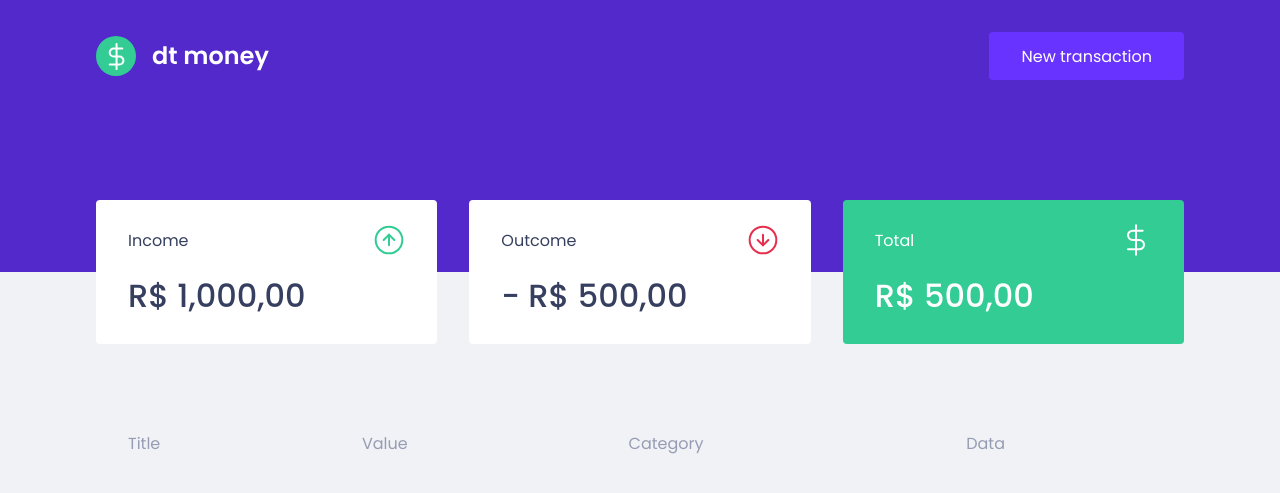
Repository: JoseGu1llardi/dtmoney
Page: /
These files come from the project's save history. The page is drawn as it stood at one moment and after the next save; the edit follows.
The browser window is 1280 px wide. The pictures show the whole page.
The page's requests for data from a server got no answer. The project was rebuilt for these pictures with package versions that can differ from the ones it lists, and the page was loaded fresh each time. No one was signed in, and anything a server would have sent is missing.

Above is the page before, as saved 2023-01-08 19:30:30.

### public/index.html
<!DOCTYPE html>
<html lang="en">
  <head>
    <link rel="preconnect" href="https://fonts.googleapis.com" />
    <link rel="preconnect" href="https://fonts.gstatic.com" crossorigin />

    <meta charset="utf-8" />
    <meta name="viewport" content="width=device-width, initial-scale=1" />

    <link
      href="https://fonts.googleapis.com/css2?family=Poppins:wght@400;500;600&display=swap"
      rel="stylesheet"
    />

    <link rel="shortcut icon" href="favicon.png" type="image/png" />

    <title>Guillardi Money</title>
  </head>
  <body>
    <noscript>You need to enable JavaScript to run this app.</noscript>
    <div id="root"></div>
  </body>
</html>

### src/index.tsx
import { StrictMode } from 'react';

import { createRoot } from 'react-dom/client';

import { Model, createServer } from 'miragejs';

import { App } from './App';

createServer({
  models: {
    transaction: Model,
  },

  seeds(server) {
    server.db.loadData({
      transactions: [
        {
          id: 1,
          title: "Application development",
          type: "deposit",
          category: "Development",
          amount: 10000,
          createdAt: new Date('2022-12-15 14:00:00'),
        },
        {
          id: 2,
          title: "House rent",
          type: "withdraw",
          category: "Housing/Survival",
          amount: 1500,
          createdAt: new Date('2022-12-05 09:00:00'),
        }
      ]
    })
  },

  routes() {
    this.namespace = 'api';

    this.get('/transactions', () => {
      return this.schema.all('transaction')
    });

    this.post('/transactions', (schema, request) => {
      const data = JSON.parse(request.requestBody);

      return schema.create('transaction', data);
    })
  }
});

const root = createRoot(
  document.getElementById('root') as HTMLElement
);
root.render(
  <StrictMode>
    <App />
  </StrictMode>
);

### src/App.tsx
import { useState } from 'react';

import { Header } from "./components/Header";
import { Dashboard } from "./components/Dashboard";
import { NewTransactionModal } from './components/NewTransactionModal';

import { GlobalStyle } from "./styles/global";

import { TransactionsProvider } from './contexts/TransactionsContext';

export function App() {
  const [isNewTransactionModalOpen, setIsNewTransactionModalOpen] = useState(false);

  function handleOpenNewTransactionModal() {
    setIsNewTransactionModalOpen(true);
  }

  function handleCloseNewTransactionModal() {
    setIsNewTransactionModalOpen(false);
  }

  return (
    <TransactionsProvider>
      <Header onOpenNewTransactionModal={handleOpenNewTransactionModal} />

      <Dashboard />

      <NewTransactionModal
        isOpen={isNewTransactionModalOpen}
        onRequestClose={handleCloseNewTransactionModal}
      />

      <GlobalStyle />
    </TransactionsProvider>
  );
}

### src/components/Header/index.tsx
import logoImg from '../../assets/logo.svg';

import { Container, Content } from './styles';

interface HeaderProps {
    onOpenNewTransactionModal: () => void;
}

export function Header({ onOpenNewTransactionModal }: HeaderProps) {

    return (
        <Container>
            <Content>
                <img src={logoImg} alt="Logo Guillardi Money" />
                <button onClick={onOpenNewTransactionModal}>
                    New transaction
                </button>

            </Content>
        </Container>
    )
}

### src/components/Dashboard/index.tsx
import { Summary } from "../Summary";
import { TransactionTable } from "../TransactionsTable";

import { Container } from "./styles";


export function Dashboard() {
    return (
        <Container>
            <Summary />
            <TransactionTable />
        </Container>
    )
}

### src/components/NewTransactionModal/index.tsx
import { useState, FormEvent, useContext } from 'react';

import { TransactionsContext } from '../../contexts/TransactionsContext';

import Modal from 'react-modal';

import incomeImg from '../../assets/income.svg';
import outcomeImg from '../../assets/outcome.svg';
import closeImg from '../../assets/close.svg';

import { Container, TransactionTypeContainer, RadioBox } from './styles';

Modal.setAppElement('#root');

interface NewTransactionModalProps {
    isOpen: boolean;
    onRequestClose: () => void;
}

export function NewTransactionModal({ isOpen, onRequestClose }: NewTransactionModalProps) {
    const { createTransaction } = useContext(TransactionsContext);

    const [title, setTitle] = useState('');
    const [amount, setAmount] = useState(0);
    const [category, setCategory] = useState('');
    const [type, setType] = useState('deposit');

    async function handleCreateNewTransaction(e: FormEvent) {
        e.preventDefault();

        await createTransaction({
            title,
            amount,
            type,
            category
        });

        setTitle('');
        setAmount(0);
        setType('deposit');
        setCategory('');

        onRequestClose();
    }

    return (
        <Modal
            isOpen={isOpen}
            onRequestClose={onRequestClose}
            overlayClassName='react-modal-overlay'
            className='react-modal-content'
        >
            <button
                type='button'
                className='react-modal-close'
                onClick={onRequestClose}
            >
                <img src={closeImg} alt="Logo close modal" />
            </button>

            <Container onSubmit={handleCreateNewTransaction}>
                <h2>Register transaction</h2>

                <input
                    type='text'
                    placeholder='Title'
                    value={title}
                    onChange={e => setTitle(e.target.value)}
                />

                <input
                    placeholder='Value'
                    value={amount}
                    onChange={e => setAmount(Number(e.target.value))}
                />

                <TransactionTypeContainer>
                    <RadioBox
                        type='button'
                        onClick={() => setType('deposit')}
                        isActive={type === 'deposit'}
                        activeColor='green'
                    >
                        <img src={incomeImg} alt="Entry" />
                        <span>Input</span>
                    </RadioBox>

                    <RadioBox
                        type='button'
                        onClick={() => setType('withdraw')}
                        isActive={type === 'withdraw'}
                        activeColor='red'
                    >
                        <img src={outcomeImg} alt="Entry" />
                        <span>Output</span>
                    </RadioBox>
                </TransactionTypeContainer>

                <input
                    type="text"
                    placeholder='Category'
                    value={category}
                    onChange={e => setCategory(e.target.value)}
                />

                <button type='submit'>
                    Register
                </button>
            </Container>
        </Modal>
    )
}

### src/styles/global.ts
import { createGlobalStyle } from "styled-components";

export const GlobalStyle = createGlobalStyle`
    :root {
        --background: #F0F2F5;
        --red: #e52e4d;
        --blue: #5429cc;
        --green: #33cc95;
        --white: #FFFFFF;

        --blue-light: #6933ff;

        --text-title: #363f5f;
        --text-body: #969cb3;

        --background: #f0f2f5;
        --shape: #ffffff;
    }

    * {
        margin: 0;
        padding: 0;
        box-sizing: border-box;
    }

    html {
        @media (max-width: 1080px) {
            font-size: 93.75%;

        @media (max-width: 720px) {
            font-size: 87.5%;
        }
    }

    }

    body {
        background: var(--background);
        -webkit-font-smoothing: antialiased;
    }

    body, input, textarea, button {
        font-family: 'Poppins', sans-serif;
        font-weight: 400;
    }

    h1, h2, h3, h4, h5, h6, strong {
        font-weight: 600;
    }

    button {
        cursor: pointer;
    }

    [disabled] {
        opacity: 0.6;
        cursor: not-allowed;
    }

    .react-modal-overlay {
        background: rgba(0, 0, 0, .5);

        position: fixed;
        top: 0;
        bottom: 0;
        left: 0;
        right: 0;

        display: flex;
        align-items: center;
        justify-content: center;
    }

    .react-modal-content {
        width: 100%;
        max-width: 576px;
        background: var(--background);
        padding: 3rem;
        position: relative;
        border-radius: .25rem;
    }

    .react-modal-close {
        position: absolute;
        right: 1.5rem;
        top: 1.5rem;
        border: 0;
        background: transparent;

        transition: filter .2s;

        &:hover {
            filter: brightness(.7);
        }
    }
`;

### src/contexts/TransactionsContext.tsx
import { createContext, useState, useEffect, ReactNode } from "react";

import { api } from '../services/api';

interface Transaction {
    id: number;
    title: string;
    amount: number;
    type: string;
    category: string;
    createdAt: string;
}

interface TransactionsContextData {
    transactions: Transaction[];
    createTransaction: (transaction: TransactionInput) => Promise<void>;
}

export const TransactionsContext = createContext<TransactionsContextData>({} as TransactionsContextData);

type TransactionInput = Omit<Transaction, 'id' | 'createdAt'>;

interface TransactionProviderPros {
    children: ReactNode;
}

export function TransactionsProvider({ children }: TransactionProviderPros) {
    const [transactions, setTransactions] = useState<Transaction[]>([]);

    useEffect(() => {
        api.get('transactions')
            .then(res => setTransactions(res.data.transactions));
    }, [transactions]);

    async function createTransaction(transactionInput: TransactionInput) {
        const response = await api.post('/transactions', {
            ...transactionInput,
            createdAt: new Date(),
        });

        const { transaction } = response.data;

        setTransactions([...transactions, transaction]);
    }

    return (
        <TransactionsContext.Provider value={{ transactions, createTransaction }}>
            {children}
        </TransactionsContext.Provider>
    )
}

### src/components/Header/styles.ts
import styled from "styled-components";

export const Container = styled.header`
  background: var(--blue);
`;

export const Content = styled.div`
  max-width: 1120px;
  margin: 0 auto;

  padding: 2rem 1rem 12rem;
  display: flex;
  align-items: center;
  justify-content: space-between;

  button {
    font-size: 1rem;
    color: white;
    background: var(--blue-light);
    border: 0;
    padding: 0 2rem;
    border-radius: 0.25rem;
    height: 3rem;

    transition: filter 0.2s;

    &:hover {
      filter: brightness(0.9);
    }
  }
`;

### src/components/Summary/index.tsx
import { useContext } from 'react';

import { TransactionsContext } from '../../contexts/TransactionsContext';

import { Container } from './styles';

import incomeImg from '../../assets/income.svg';
import outcomeImg from '../../assets/outcome.svg';
import totalImg from '../../assets/total.svg';

export function Summary() {
    const { transactions } = useContext(TransactionsContext);

    const totalDeposits = transactions.reduce((acc, transaction) => {
        if (transaction.type === 'deposit') {
            return acc + transaction.amount;
        }

        return acc;
    }, 0);

    return (
        <Container>
            <div>
                <header>
                    <p>Income</p>
                    <img src={incomeImg} alt="Logo income" />
                </header>
                <strong>R$ 1,000,00</strong>
            </div>

            <div>
                <header>
                    <p>Outcome</p>
                    <img src={outcomeImg} alt="Logo outcome" />
                </header>
                <strong>- R$ 500,00</strong>
            </div>

            <div className="highlight-background">
                <header>
                    <p>Total</p>
                    <img src={totalImg} alt="Logo total" />
                </header>
                <strong>R$ 500,00</strong>
            </div>
        </Container>
    )
}

### src/components/TransactionsTable/index.tsx
import { useContext } from 'react';

import { TransactionsContext } from '../../contexts/TransactionsContext';

import { Container } from './styles';

export function TransactionTable() {
    const { transactions } = useContext(TransactionsContext);

    return (
        <Container>
            <table>
                <thead>
                    <tr>
                        <th>Title</th>
                        <th>Value</th>
                        <th>Category</th>
                        <th>Data</th>
                    </tr>
                </thead>

                <tbody>
                    {
                        transactions.map(transaction => (
                            <tr key={transaction.id}>
                                <td>{transaction.title}</td>
                                <td className={transaction.type}>
                                    {new Intl.NumberFormat('de-DE', {
                                        style: 'currency',
                                        currency: 'EUR'
                                    }).format(transaction.amount)}
                                </td>
                                <td>{transaction.category}</td>
                                <td>
                                    {new Intl.DateTimeFormat('pt-BR').format(new Date(transaction.createdAt))}
                                </td>
                            </tr>
                        ))
                    }
                </tbody>
            </table>
        </Container>
    )
}

### src/components/NewTransactionModal/styles.ts
import styled from "styled-components";

import { darken, transparentize } from "polished";

export const Container = styled.form`
  h2 {
    color: var(--text-title);
    font-size: 1.5rem;
    margin-bottom: 2rem;
  }

  input {
    width: 100%;
    height: 4rem;
    padding: 0 1.5rem;

    background: #e7e9ee;
    border-radius: 0.25rem;
    border: 1px solid #d7d7d7;

    font-weight: 400;
    font-size: 1rem;

    &::placeholder {
      color: var(--text-body);
    }

    & + input {
      margin-top: 1rem;
    }
  }

  button[type="submit"] {
    width: 100%;
    padding: 0 1.5rem;
    height: 4rem;
    background: var(--green);
    color: var(--white);
    border-radius: 0.25rem;
    border: 0;
    font-size: 1rem;
    font-weight: 600;
    margin-top: 1.5rem;

    transition: filter 0.2s;

    &:hover {
      filter: brightness(0.9);
    }
  }
`;

export const TransactionTypeContainer = styled.div`
  margin: 1rem 0;
  display: grid;
  grid-template-columns: repeat(2, 1fr);
  gap: 0.5rem;
`;

interface RadioBoxProps {
  isActive: boolean;
  activeColor: "green" | "red";
}

const colors = {
  green: "#33cc95",
  red: "#e52e4d",
};

export const RadioBox = styled.button<RadioBoxProps>`
  height: 4rem;
  border: 1px solid #d7d7d7;
  border-radius: 0.25rem;

  background: ${(props) =>
    props.isActive
      ? transparentize(0.7, colors[props.activeColor])
      : "transparent"};

  display: flex;
  align-items: center;
  justify-content: center;

  transition: border-color 0.2s;

  &:hover {
    border-color: ${darken(0.1, "#D7D7D7")};
  }

  img {
    width: 20px;
    height: 20px;
  }

  span {
    display: inline-block;
    margin-left: 1rem;
    font-size: 1rem;
    color: var(--text-title);
    font-weight: 500;
  }
`;

### src/components/Summary/styles.ts
import styled from "styled-components";

export const Container = styled.div`
  display: grid;
  grid-template-columns: repeat(3, 1fr);
  gap: 2rem;
  margin-top: -7rem;

  div {
    background: var(--shape);
    padding: 1.5rem 2rem;
    border-radius: 0.25rem;
    color: var(--text-title);

    header {
      display: flex;
      align-items: center;
      justify-content: space-between;
    }

    strong {
      display: block;
      margin-top: 1rem;
      font-size: 2rem;
      font-weight: 500;
    }

    &.highlight-background {
      background: var(--green);
      color: white;
    }
  }
`;

Loaded but not shown: src/components/Dashboard/styles.ts (common file); src/services/api.ts (common file); src/components/TransactionsTable/styles.ts (common file)

After the next save:
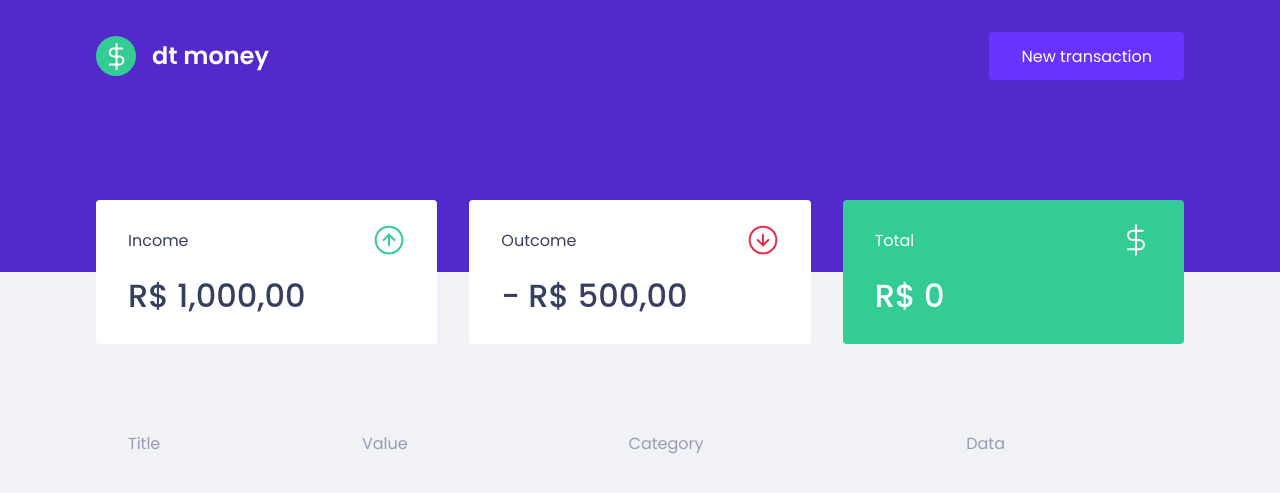
Saved 22 s later.
--- a/src/components/Summary/index.tsx
+++ b/src/components/Summary/index.tsx
@@ -42,7 +42,7 @@ export function Summary() {
                     <p>Total</p>
                     <img src={totalImg} alt="Logo total" />
                 </header>
-                <strong>R$ 500,00</strong>
+                <strong>R$ {totalDeposits}</strong>
             </div>
         </Container>
     )
